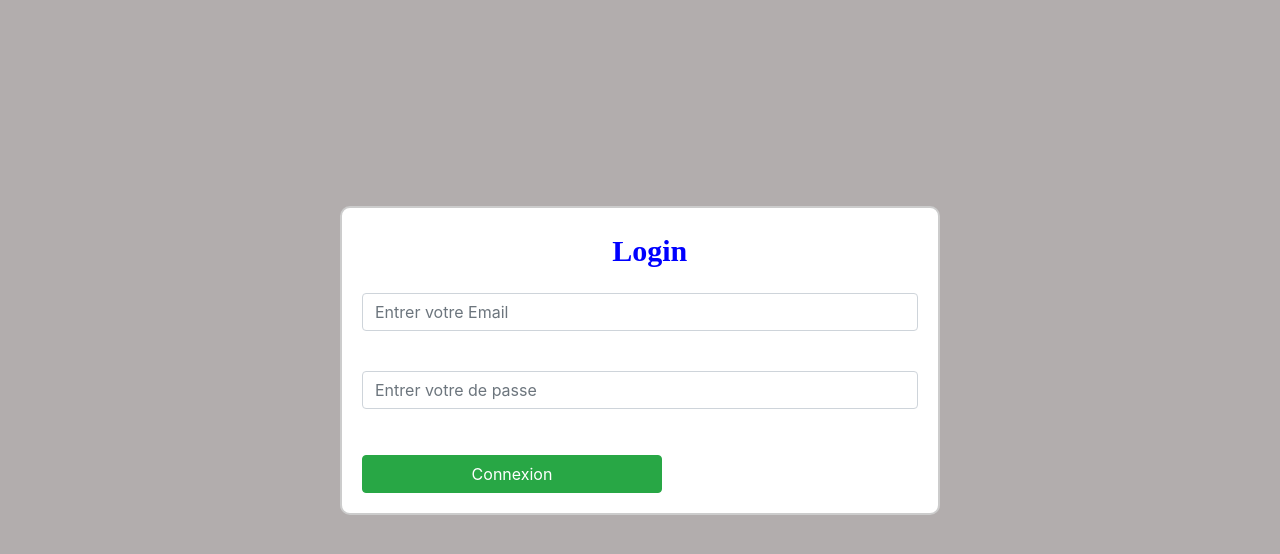
Repository: DiaryRz/FrontWeb
Page: /
An editor plug-in stored every save of this project. The page is shown before and after the next save, followed by the edit.
The browser window is 1280 px wide. The pictures show the whole page.
The project was rebuilt for these pictures with package versions that can differ from the ones it lists, and the page was loaded fresh each time. Also part of the build but not shown: src/component/css/Header.css, src/component/Header.jsx, src/page/css/AppAffichage.css, src/component/css/NavBar.css, src/component/NavBar.jsx, src/component/css/Model.css, src/component/InsertModel.jsx, src/page/AppAffichage.jsx and 26 more.

Above is the page before, as saved 2024-01-28 21:05:46.

### src/App.js
import AppAffichage from './page/AppAffichage';
import Liste from './page/Carburant';
import InsertionBoiteDeVitesse from './page/BoiteDeVitesse';
import InsertionLieu from './page/Lieu';
import InsertionMarque from './page/Marque';
import ListeDesLieux from './page/SelectLieu';
import Login from './component/Login';
import InsertionCategorie from './component/InsertionCategorie';
import ListeCarburant from './page/ListeCarburant';
import ListeCategorie from './page/ListeCategorie';
import Recherche from './page/Recherche';
import AnnonceAValider from './page/AnnonceAValiderPage';
import Chart from './page/ChartPage';
import { BrowserRouter, Route, Routes } from 'react-router-dom';
import ListeDesVit from './page/ListeBoiteDeVitessePage';
import ListeDesMar from './page/ListeMarquePage';

function App() {
  return (
    <div className="App">
      <BrowserRouter>
        <Routes>
          <Route path='/' element = {<Login/> }></Route>
          <Route path='/insertionModel' element={ <AppAffichage /> }></Route>     {/* Insertion model */}
          <Route path='/InsertionCarburant' element={ <Liste /> }></Route>
          <Route path='/InsertionBoiteDeVitesse' element={ <InsertionBoiteDeVitesse /> }></Route>
          <Route path='/InsertionLieu' element={ <InsertionLieu /> }></Route>
          <Route path='/InsertionMarque' element={ <InsertionMarque /> }></Route>
          <Route path='/SelectLieu' element={ <ListeDesLieux /> }></Route>
          <Route path='/insertionCategorie' element = {<InsertionCategorie/> }></Route>
          <Route path='/ListeCarburant' element = {<ListeCarburant/> }></Route>
          <Route path='/Recherche' element = {<Recherche/> }></Route>
          <Route path='/ListeCategorie' element = {<ListeCategorie/> }></Route>
          <Route path='/ListeBoiteVitesse' element = {<ListeDesVit/> }></Route>
          <Route path='/ListeMarque' element = {<ListeDesMar/> }></Route>
          <Route path='/AnnonceAValider' element = {<AnnonceAValider/> }></Route>
          <Route path='/statistic' element = {<Chart/> }></Route>
        </Routes>
      </BrowserRouter>
    </div>
  );
}

export default App;

### src/component/Login.js
import React, { useState } from 'react';
import { useNavigate } from 'react-router-dom';


 /* Login.css */
 const loginContainer = {
    display:'flex',
    justifyContent: 'center',
    alignItems: 'center',
    height: '100vh',
    background: '#b2adad',
};


const loginForm = {
    width: '600px',
    padding: '20px',
    border: '2px solid #ccc',
    borderRadius:'10px',
    backgroundColor: 'white',

};

const Login = () => {
    const [nomUtilisateur, setnomUtilisateur] = useState('');
    const [mdp, setmdp] = useState('');
    const navigate = useNavigate();

    const Inserer = async (e) => {
        e.preventDefault();
        const lieu = { nomUtilisateur, mdp };

        try {
            const response = await fetch('http://localhost:8081/utilisateurs/verifierUser', {
                method: 'POST',
                headers: { 'Content-Type': 'application/json' },
                body: JSON.stringify(lieu),
            });

            if (!response.ok) {
                throw new Error(`Erreur lors de la requête : ${response.status}`);
            } else {
                const responseData = await response.text();

                localStorage.setItem("token", responseData);
                console.log(localStorage.getItem("token"));
                navigate('/insertionModel');
            }
        } catch (error) {
            console.error('Une erreur s\'est produite lors de la requête :', error.message);
            // Vous pouvez ajouter ici la gestion de l'erreur, par exemple afficher un message à l'utilisateur.
        }
    };


    return (
        <form onSubmit={Inserer}>
           <div style={loginContainer}>
                    <form style={loginForm}>
                        <div style={{ fontSize: '30px',fontFamily:'serif', marginBottom: '20px' ,color:'blue',marginLeft:'45%'}}><b>Login</b></div>
                        <div className="mb-3">
                            <input type="email" className="form-control" placeholder="Entrer votre Email" value={nomUtilisateur} onChange={(e) => setnomUtilisateur(e.target.value)} />
                        </div>
                        <div className="mb-3" style={{marginTop:'40px'}}>
                            <input type="password" className="form-control" placeholder="Entrer votre de passe" value={mdp} onChange={(e) => setmdp(e.target.value)} />
                        </div>
                        <button type="submit" className="btn btn-success" style={{width:'300px',marginTop:'30px'}}>
                            Connexion
                        </button>
                    </form>

                </div>
        </form>
    );
};

export default Login;

Loaded but not shown: public/index.html (common file); src/index.js (common file); src/index.css (common file); src/reportWebVitals.js (common file); src/assets/bootstrap/css/bootstrap.min.css (library)

After the next save:
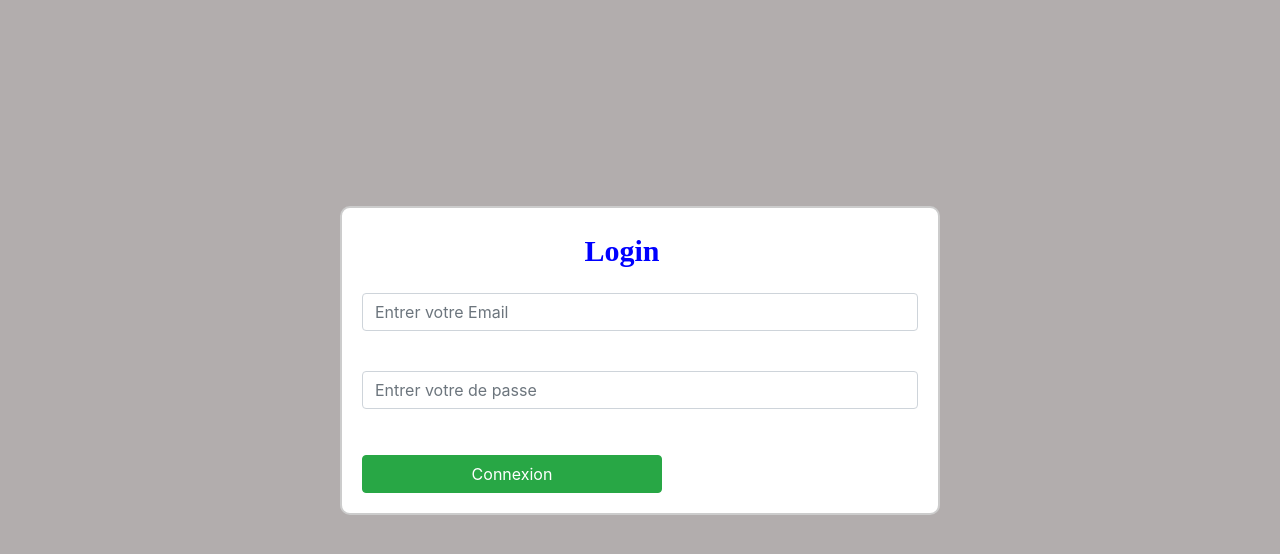
Saved 11 s later.
--- a/src/component/Login.js
+++ b/src/component/Login.js
@@ -57,7 +57,7 @@ const Login = () => {
         <form onSubmit={Inserer}>
            <div style={loginContainer}>
                     <form style={loginForm}>
-                        <div style={{ fontSize: '30px',fontFamily:'serif', marginBottom: '20px' ,color:'blue',marginLeft:'45%'}}><b>Login</b></div>
+                        <div style={{ fontSize: '30px',fontFamily:'serif', marginBottom: '20px' ,color:'blue',marginLeft:'40%'}}><b>Login</b></div>
                         <div className="mb-3">
                             <input type="email" className="form-control" placeholder="Entrer votre Email" value={nomUtilisateur} onChange={(e) => setnomUtilisateur(e.target.value)} />
                         </div>
